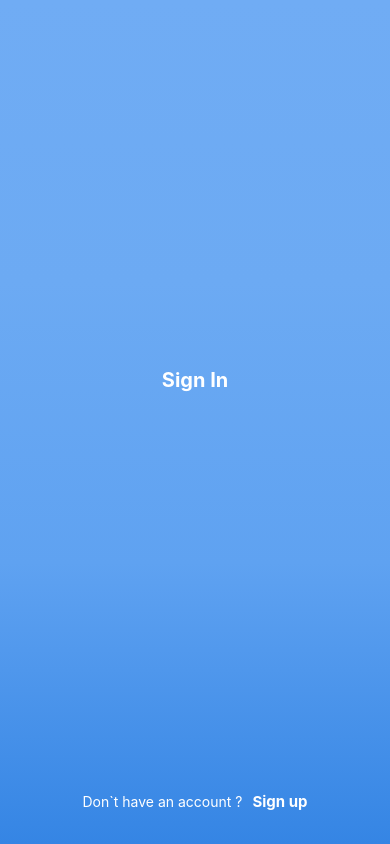
Repository: kamarajcalm/loginpage
Screen: /
An editor plug-in stored every save of this project. The screen is shown before and after the next save, followed by the edit.
The app was drawn by React Native's web renderer in a window 390 px wide. The project was rebuilt for these pictures with package versions that can differ from the ones it lists, and the page was loaded fresh each time.

Above is the screen before, as saved 2021-12-25 23:54:50.

After the next save:
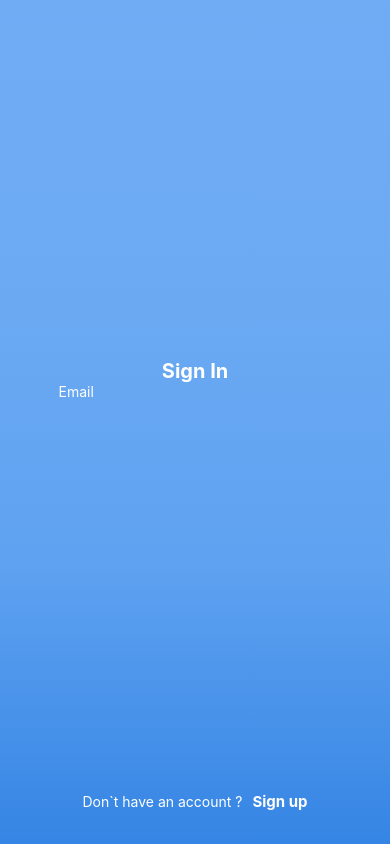
Saved 39 s later.
--- a/App.js
+++ b/App.js
@@ -15,8 +15,10 @@ export default function App() {
           <Text style={[styles.text, { fontSize: 20, fontWeight: "bold" }]}>Sign In</Text>
         </View>
 
-        <View>
-
+        <View style={[styles.textInputContainer]}>
+          <View>
+            <Text style={styles.text}>Email</Text>
+          </View>
         </View>
       </View>
       <View style={styles.footer}>
